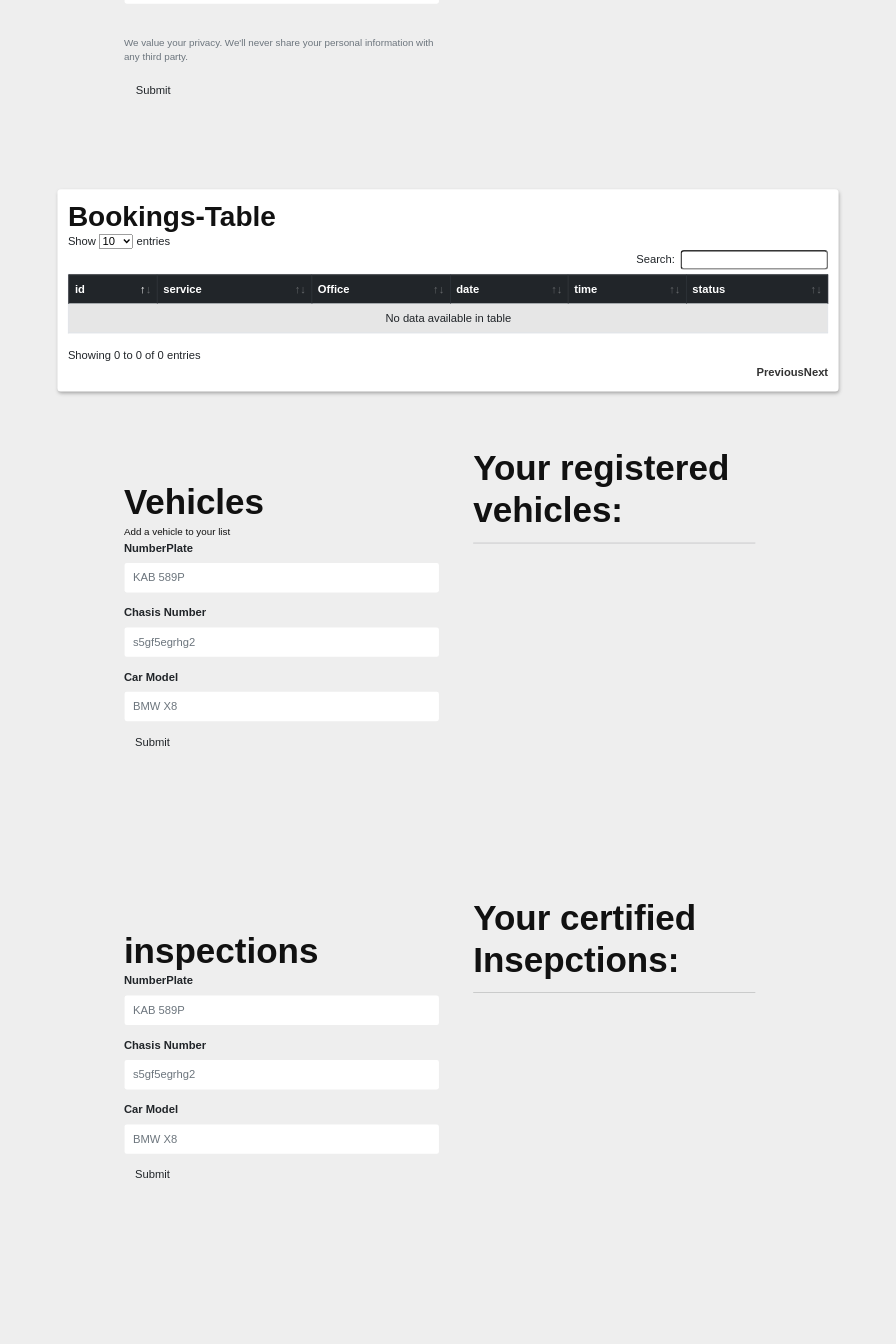
Repository: Jaynie8085/INSPECTION-APP
Page: client/admnDashboard.html
The author's editor kept a copy of each file at every save. The page is drawn from the files as they stood at one save, then again after the next save.
The browser window is 1280 px wide. The pictures show the part of the page from y = 715 to 2635 px (the page is 2635 px tall before and 2483 px after), at 70% of full size.
The page's requests for data from a server got no answer. Some web libraries are served in a nearby version.

Above is the page before, as saved 2022-10-17 02:35:09.
Console error: ReferenceError: fetchBookings is not defined

### client/admnDashboard.html
<!DOCTYPE html>
<html lang="en">
<head>
    <meta charset="UTF-8">
    <meta http-equiv="X-UA-Compatible" content="IE=edge">
    <meta name="viewport" content="width=device-width, initial-scale=1.0"><script src="/js/axios/dist/axios.min.js"></script> <script src="main.js"></script>
        <!-- Bootstrap CSS -->
    <link rel="stylesheet" href="css/bootstrap.min.css">
    <link rel="stylesheet" href="css/owl.carousel.min.css">
    <link rel="stylesheet" href="css/owl.theme.default.min.css">
    <link href='https://unpkg.com/boxicons@2.1.1/css/boxicons.min.css' rel='stylesheet'>
    <link rel="stylesheet" href="https://stackpath.bootstrapcdn.com/bootstrap/4.1.3/css/bootstrap.min.css" integrity="sha384-MCw98/SFnGE8fJT3GXwEOngsV7Zt27NXFoaoApmYm81iuXoPkFOJwJ8ERdknLPMO"
    crossorigin="anonymous">
    <link rel="stylesheet" href="css/style.css">
    <link href="https://fonts.googleapis.com/css2?family=Poppins:wght@300;400;500;600&display=swap" rel="stylesheet">

    <link rel="stylesheet" href="assets/css/bootstrap.min.css">
    <link rel="stylesheet" href="assets/css/datatables.min.css">
    <link rel="stylesheet" href="assets/css/style.css">
    <title>userDashboard</title>
</head>
<body>
<body  data-bs-spy="scroll" data-bs-target=".navbar" data-bs-offset="70">


    <!-- TOP NAV -->
    <div class="top-nav" id="home">
        <div class="container">
            <div class="row justify-content-between">
                <div class="col-auto">
                    <p> <i class='bx bxs-envelope'></i> inspection.app@gmail.com</p>
                    <p> <i class='bx bxs-phone-call'></i> (+254) 555-0114</p>
                </div>
                <div class="col-auto social-icons">
                    <a href="#"><i class='bx bxl-facebook'></i></a>
                    <a href="#"><i class='bx bxl-twitter'></i></a>
                    <a href="#"><i class='bx bxl-instagram'></i></a>
                    <a href="#"><i class='bx bxl-pinterest'></i></a>
                </div>
            </div>
        </div>
    </div>

    <!-- BOTTOM NAV -->
    <nav class="navbar navbar-expand-lg navbar-light bg-white sticky-top">
        <div class="container">
            <a class="navbar-brand" href="index.html">Inspection-app<span class="dot">.</span></a>
            <button class="navbar-toggler" type="button" data-bs-toggle="collapse" data-bs-target="#navbarNav"
                aria-controls="navbarNav" aria-expanded="false" aria-label="Toggle navigation">
                <span class="navbar-toggler-icon"></span>
            </button>
            <div class="collapse navbar-collapse" id="navbarNav">
                <ul class="navbar-nav ms-auto">
                    <li class="nav-item">
                        <a class="nav-link" href="#home">Bookings</a>
                    </li>
                    <li class="nav-item">
                        <a class="nav-link" href="#vehicles">Vehicles</a>
                    </li>
                    <li class="nav-item">
                        <a class="nav-link" href="#inspections">Inspections</a>
                    </li>
                    </li>
                </ul>
                <a href="#" data-bs-toggle="modal" data-bs-target="#exampleModal" class="btn btn-brand ms-lg-3">Contact</a>
                <!-- Logout -->
                <a href="index.html" class="btn btn-brand ms-lg-3">Logout</a>
            </div>
        </div>
    </nav>
    <!-- Bookings -->
    <section id="profile">
        <div class="container">
            <div class="row justify-content-center">
                <div id="customer-frm" class="col-lg-5 py-5">
                    <form  >
                        <h2>Book a service by filling the form </h2>
                    <div class="form-group">
                        <label for="service">Service</label>
                        <input type="service" class="form-control" id="service" aria-describedby="emailHelp" placeholder="e.g. Uber Inspection  ">

                    </div>
                    <div class="form-group">
                        <label for="date">Date</label>
                        <input type="date" class="form-control" id="date" >
                    </div>
                    <div class="form-group">
                        <label for="time">Time</label>
                        <input type="time" class="form-control" id="time">
                    </div>
                    <div class="form-group">
                        <label for="location">Location</label>
                        <input type="location" class="form-control" id="location" placeholder=".e.g. Likoni Road">
                    </div>
                    <br><small id="emailHelp" class="form-text text-muted">We value your privacy. We'll never share your personal information with any third party.</small><br>
                    <button type="submit" class="btn btn-brand ms-lg-3" onclick="Booking();">Submit</button>
                    </form>

                </div>
                <div id="data-table" class="col-lg-5">
                            <!-- <ul id="bookings-list">
                            </ul>
                        </div>
                        <hr></div> -->

                        <!-- DataTable Start -->

    </section>

    <div class="container">
                        <div class="row">
                            <div class="col-12">
                                <div class="data_table">
                                    <table id="example" class="table table-striped table-bordered">
                                        <thead class="table-dark">
                                            <h2>Bookings-Table</h2>
                                            <tr>
                                                <th>id</th>
                                                <th>service</th>
                                                <th>Office</th>
                                                <th>date</th>
                                                <th>time</th>
                                                <th>status</th>
                                            </tr>
                                        </thead>
                                        <tbody>

                                        </tbody>
                                    </table>
                                </div>
                            </div>
                        </div>
                    </div>
        <!-- dataTable End -->

                </div>

    <!-- vehicles -->
    <section id="vehicles">
        <div class="container">
            <div class="row justify-content-center">
            <div id="customer-frm" class="col-lg-5 py-5">
                <form  >
                    <h1>Vehicles</h1>
                    <p>Add a vehicle to your list</p>
                    <div class="form-group">
                        <label for="numberplate" class="form-label">NumberPlate</label>
                        <input type="text" class="form-control" placeholder="KAB 589P" id="numberplate"
                            aria-describedby="emailHelp">
                    </div>
                    <div class="form-group">
                        <label for="chasisnumber" class="form-label">Chasis Number </label>
                        <input type="text" class="form-control" placeholder="s5gf5egrhg2" id="chasisnumber"
                            aria-describedby="emailHelp">
                    </div>
                    <div class="form-group">
                        <label for="model" class="form-label">Car Model</label>
                        <input type="model" class="form-control" placeholder="BMW X8" id="model"
                            aria-describedby="emailHelp">
                    </div>
                    <!-- <div class="col-12">
                        <label for="exampleInputEmail1" class="form-label">Enter General Description</label>
                        <textarea name="" placeholder="Type in your cars general description." class="form-contid=""  rows="4"></textarea>
                    </div> -->

                    <div class="col-12">
                        <button type="submit" class="btn btn-brand" onclick="vehicles();">Submit</button>
                    </div>
                </form>
                </div>
                <div class="col-lg-5">
                <div class="container center"><h1>Your registered vehicles:</h1>
                        <div >
                            <ul id="quote-list">
                            </ul>
                        </div>
                        <hr></div>
                </div>
                </div>
                </div>
        </div>
    </section>

    <!-- inspections -->
    <section id="inspections">
        <div class="container">
            <div class="row justify-content-center">
            <div id="customer-frm" class="col-lg-5 py-5">
                <form  >
                    <h1>inspections</h1>
                    <!-- <p>Add a vehicle to your list</p> -->
                    <div class="form-group">
                        <label for="numberplate" class="form-label">NumberPlate</label>
                        <input type="text" class="form-control" placeholder="KAB 589P" id="numberplate"
                            aria-describedby="emailHelp">
                    </div>
                    <div class="form-group">
                        <label for="chasisnumber" class="form-label">Chasis Number </label>
                        <input type="text" class="form-control" placeholder="s5gf5egrhg2" id="chasisnumber"
                            aria-describedby="emailHelp">
                    </div>
                    <div class="form-group">
                        <label for="model" class="form-label">Car Model</label>
                        <input type="model" class="form-control" placeholder="BMW X8" id="model"
                            aria-describedby="emailHelp">
                    </div>
                    <!-- <div class="col-12">
                        <label for="exampleInputEmail1" class="form-label">Enter General Description</label>
                        <textarea name="" placeholder="Type in your cars general description." class="form-contid=""  rows="4"></textarea>
                    </div> -->

                    <div class="col-12">
                        <button type="submit" class="btn btn-brand" onclick="vehicles();">Submit</button>
                    </div>
                </form>
                </div>
                <div class="col-lg-5">
                <div class="container center"><h1>Your certified Insepctions:</h1>
                        <div >
                            <ul id="quote-list">
                            </ul>
                        </div>
                        <hr></div>
                </div>
                </div>
                </div>
        </div>
    </section>

    <!-- Modal -->
    <div class="modal fade" id="exampleModal" tabindex="-1" aria-labelledby="exampleModalLabel" aria-hidden="true">
        <div class="modal-dialog modal-dialog-centered modal-xl">
            <div class="modal-content">
                <div class="modal-body p-0">
                    <div class="container-fluid">
                        <div class="row gy-4">
                            <div class="col-lg-4 col-sm-12 bg-cover"
                                style="background-image: url(img/isco.jpg); min-height:300px;">
                                <div>

                                </div>
                            </div>
                            <div class="col-lg-8">
                                <form class="p-lg-5 col-12 row g-3">
                                    <div>
                                        <h1>Get in touch</h1>
                                    <p>Feel free to contact us and we will get back to you as soon as possible</p>
                                    </div>
                                    <div class="col-lg-6">
                                        <label for="userName" class="form-label">First name</label>
                                        <input type="text" class="form-control" placeholder="John" id="userName"
                                            aria-describedby="emailHelp">
                                    </div>
                                    <div class="col-lg-6">
                                        <label for="userName" class="form-label">Last name</label>
                                        <input type="text" class="form-control" placeholder="kamau" id="userName"
                                            aria-describedby="emailHelp">
                                    </div>
                                    <div class="col-12">
                                        <label for="userName" class="form-label">Email address</label>
                                        <input type="email" class="form-control" placeholder="Johnkamaa@gmail.com" id="userName"
                                            aria-describedby="emailHelp">
                                    </div>
                                    <div class="col-12">
                                        <label for="exampleInputEmail1" class="form-label">Enter Message</label>
                                        <textarea name="" placeholder="Yes,how can we help you,Type your message here." class="form-control" id=""  rows="4"></textarea>
                                    </div>

                                    <div class="col-12">
                                        <button type="submit" class="btn btn-brand">Send Message</button>
                                    </div>
                                </form>
                            </div>
                        </div>
                    </div>
                </div>

            </div>
        </div>
    </div>


<div class="modal fade" id="exampleModal" tabindex="-1" aria-labelledby="exampleModalLabel" aria-hidden="true">
        <div class="modal-dialog modal-dialog-centered modal-xl">
            <div class="modal-content">
                <div class="modal-body p-0">
                    <div class="container-fluid">
                        <div class="row gy-4">
                            <div class="col-lg-4 col-sm-12 bg-cover"
                                style="background-image: url(img/c2.jpg); min-height:300px;">
                                <div>

                                </div>
                            </div>
                            <div class="col-lg-8">
                                <form class="p-lg-5 col-12 row g-3">
                                    <div>
                                        <h1>Get in touch with us</h1>
                                    <p>Feel free to contact us and we will get back to you as soon as possible</p>
                                    </div>
                                    <div class="col-lg-6">
                                        <label for="userName" class="form-label">First name</label>
                                        <input type="text" class="form-control" placeholder="John" id="userName"
                                            aria-describedby="emailHelp">
                                    </div>
                                    <div class="col-lg-6">
                                        <label for="userName" class="form-label">Last name</label>
                                        <input type="text" class="form-control" placeholder="kamau" id="userName"
                                            aria-describedby="emailHelp">
                                    </div>
                                    <div class="col-12">
                                        <label for="userName" class="form-label">Email address</label>
                                        <input type="email" class="form-control" placeholder="Johnkamaa@gmail.com" id="userName"
                                            aria-describedby="emailHelp">
                                    </div>
                                    <div class="col-12">
                                        <label for="exampleInputEmail1" class="form-label">Enter Message</label>
                                        <textarea name="" placeholder="Yes,how can we help you,Type your message here,,," class="form-control" id=""  rows="4"></textarea>
                                    </div>

                                    <div class="col-12">
                                        <button type="submit" class="btn btn-brand">Send Message</button>
                                    </div>
                                </form>
                            </div>
                        </div>
                    </div>
                </div>

            </div>
        </div>
    </div>
    <!-- dataTable -->
    <script src="assets/js/bootstrap.bundle.min.js"></script>
    <script src="assets/js/jquery-3.6.0.min.js"></script>
    <script src="assets/js/datatables.min.js"></script>
    <script src="assets/js/pdfmake.min.js"></script>
    <script src="assets/js/vfs_fonts.js"></script>
    <script src="assets/js/custom.js"></script>
    <!-- DataTable -->
    <!-- End -->
    <script src="js/jquery.min.js"></script>
    <script src="js/bootstrap.bundle.min.js"></script>
    <script src="js/owl.carousel.min.js"></script>

    <script src="https://code.jquery.com/jquery-3.5.1.js"></script>
    <script src="https://cdn.datatables.net/1.12.1/js/jquery.dataTables.min.js"></script>
    <script src="js/app.js"></script>
    <script src="index.js"></script>


</body>
</html>

### client/assets/css/style.css
/* Generated by less 3.11.1 */
/*
Design By = MJ MARAZ
Website = https://portfolio.mjmarazbd.com
Contact = mjmarazbd@gmail.com
WhatsApp = +8801869944607
Facebook = mjmarazbd
*/
* {
    margin: 0;
    padding: 0;
    outline: 0;
}

html {
    scroll-behavior: smooth;
}

html ::-webkit-scrollbar {
    width: 10px;
    background-color: #111d2c;
    cursor: pointer;
}

html ::-webkit-scrollbar-thumb {
    background: linear-gradient(160deg, #3c76ba, #1e428b);
    width: 10px;
    border-radius: 5px;
}

html ::-webkit-scrollbar-thumb:hover {
    background: #379dc3;
    cursor: pointer;
}

body {
    background: #eee;
    font-family: 'Raleway', sans-serif;
    font-family: 'Roboto', sans-serif;
    font-family: 'Poppins', sans-serif;
    font-family: 'Rubik', sans-serif;
    padding: 100px 0;
}

h1,
h2,
h3,
h4,
h5,
h6,
p,
a,
ol,
ul,
li,
img,
span,
input,
form,
label,
.btn,
.navbar,
.navbar-brand {
    margin: 0;
    padding: 0;
}

h1::selection,
h2::selection,
h3::selection,
h4::selection,
h5::selection,
h6::selection,
p::selection,
a::selection,
ol::selection,
ul::selection,
li::selection,
img::selection,
span::selection,
input::selection,
form::selection,
label::selection,
.btn::selection,
.navbar::selection,
.navbar-brand::selection {
    color: #fff;
    background: #187fcc;
    text-shadow: 1px 1px 1px #333;
}

ol,
ul,
li {
    list-style-type: none;
}

a,
a:hover {
    text-decoration: none;
    color: #333;
    -webkit-transition: 0.2s;
    transition: 0.2s;
}

h1 {
    font-size: 50px;
    color: #111;
    font-weight: 600;
}

h2 {
    font-size: 40px;
    color: #111;
    font-weight: 600;
}

h3 {
    font-size: 35px;
    color: #111;
    font-weight: 600;
}

h4 {
    font-size: 30px;
    color: #111;
    font-weight: 600;
}

h5 {
    font-size: 25px;
    color: #111;
    font-weight: 600;
}

h6 {
    font-size: 18px;
    color: #111;
}

p {
    font-size: 14px;
    color: #111;
}

.ptb-50 {
    padding: 50px 0px;
}

.mtb-15 {
    margin: 15px 0;
}


/* ==== Scoll  = Start ===== */
.totop {
    position: fixed;
    bottom: 0px;
    right: 10px;
    height: 45px;
    width: 45px;
    cursor: pointer;
    display: none;
    background: rgba(0, 0, 0, 0.3);
    color: #fff;
    border-radius: 5px 5px 0 0;
    line-height: 47px;
    font-size: 20px;
    text-align: center;
}

.totop:hover {
    line-height: 40px;
    color: #fff;
    background: #194274;
    text-shadow: 0 0 5px #000;
}

/* ==== Scoll  = End ===== */




/* ==== Header  = Start ===== */
.header_part {
    background: #0c1e2e;
    padding: 5px 80px;
    position: fixed;
    top: 0;
    width: 100%;
    text-align: center;
    z-index: 9999;
}

.header_part h4 {
    color: #fff;
    padding: 10px;
}

.header_part img {
    float: left;
    height: 60px;
    border-radius: 50%;
}

/* ==== Header  = End ===== */






/* ==== Data table  = Start ===== */

.data_table{
   background: #fff;
    padding: 15px;
    box-shadow: 1px 3px 5px #aaa;
    border-radius: 5px;
}

.data_table .btn{
    padding: 5px 10px;
    margin: 10px 3px 10px 0;
}



/* ==== Data table  = End  ===== */

Loaded but not shown: client/js/axios/dist/axios.min.js (library); client/css/bootstrap.min.css (library); client/css/owl.carousel.min.css (library); client/css/owl.theme.default.min.css (common file); client/assets/css/bootstrap.min.css (library); client/assets/css/datatables.min.css (library); client/assets/js/bootstrap.bundle.min.js (library); client/assets/js/jquery-3.6.0.min.js (library); client/assets/js/datatables.min.js (library); client/assets/js/pdfmake.min.js (library); client/assets/js/vfs_fonts.js (library); client/js/jquery.min.js (library); client/js/bootstrap.bundle.min.js (library); client/js/owl.carousel.min.js (library); client/index.js (193 lines, source omitted); client/main.js (172 lines, source omitted); client/assets/js/custom.js (65 lines, source omitted); client/js/app.js (34 lines, source omitted); client/css/style.css (543 lines, source omitted)

After the next save:
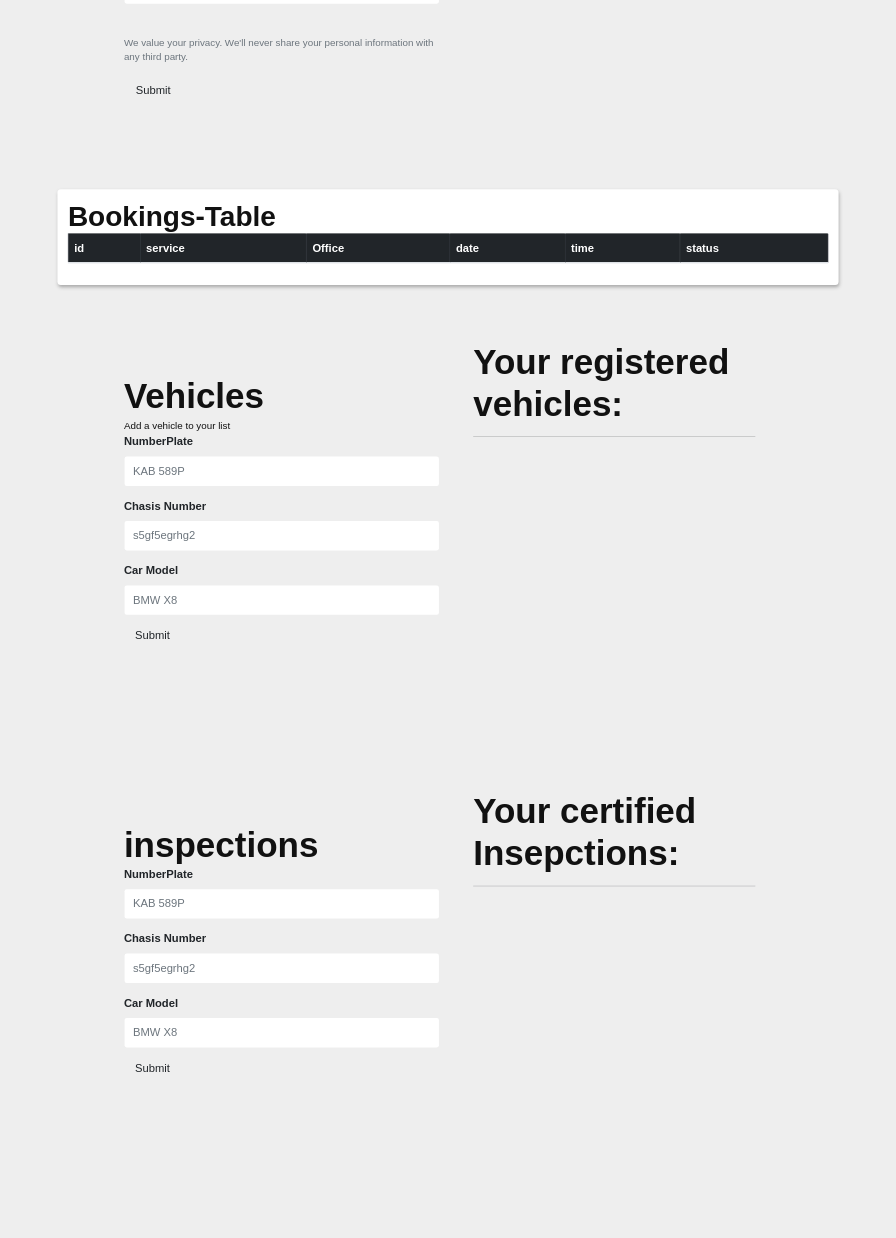
Saved 18 s later.
--- a/client/admnDashboard.html
+++ b/client/admnDashboard.html
@@ -111,7 +111,7 @@
                         <div class="row">
                             <div class="col-12">
                                 <div class="data_table">
-                                    <table id="example" class="table table-striped table-bordered">
+                                    <table id="bookings" class="table table-striped table-bordered">
                                         <thead class="table-dark">
                                             <h2>Bookings-Table</h2>
                                             <tr>
